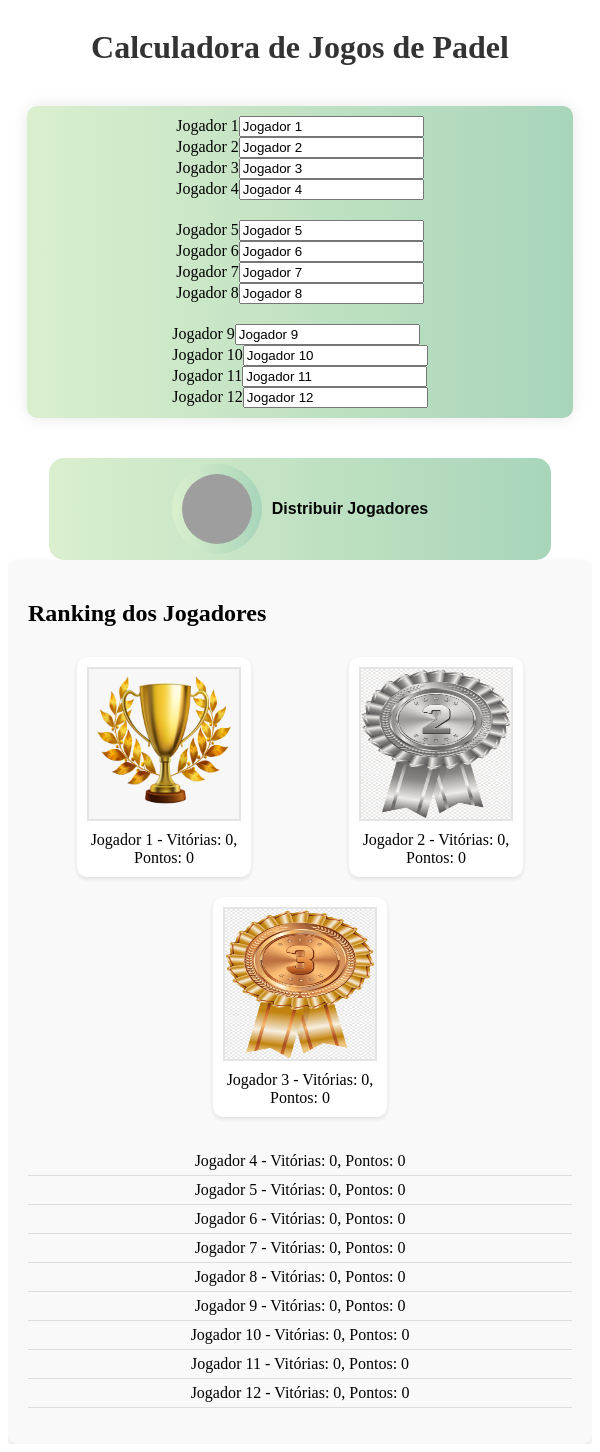
Repository: MarcioMiguel22/PadelMaster
Page: /calculadora
These files come from the project's save history. The page is drawn as it stood at one moment and after the next save; the edit follows.
The browser window is 600 px wide. The pictures show the whole page.
Pictures or frames that could not be fetched are drawn as grey boxes. The project was rebuilt for these pictures with package versions that can differ from the ones it lists, and the page was loaded fresh each time. Also part of the build but not shown: vite.config.ts, src/pages/Home/Home.tsx, src/components/components_calculadora/Campo.tsx, src/components/components_calculadora/Jogo.tsx, src/pages/Player/playerComponent.module.css, src/pages/Player/playerComponent.tsx, src/index.css.

Above is the page before, as saved 2024-06-17 11:14:18.

### src/main.tsx
///home/marciomiguel/code/MarcioMiguel22/Sites/PadelMaster/src/main.tsx
import { render } from 'react-dom';
import { StrictMode } from 'react';
import App from './App';
import './index.css';

const root = document.getElementById('root')!;
render(
  <StrictMode>
    <App />
  </StrictMode>,
  root
);

### src/App.tsx

///home/marciomiguel/code/MarcioMiguel22/Sites/PadelMaster/src/App.tsx

import { BrowserRouter, Routes, Route } from 'react-router-dom';
import Home from './pages/Home/Home';
import Calculadora from './pages/Calculadora/Calculadora';
import PlayerComponent from './pages/Player/playerComponent';
function App() {
  return (
    <BrowserRouter>
      <Routes>
        <Route path="/" element={<Home />} />
        <Route path="/calculadora" element={<Calculadora />} /> // Wrap Calculadora component with curly braces
        <Route path="/player-component" element={<PlayerComponent />} />
      </Routes>
    </BrowserRouter>
  );
}

export default App

### src/pages/Calculadora/Calculadora.tsx
import React, { useState } from 'react';
import './Calculadora.css';
import JogadoresLista from '../../components/components_calculadora/JogadoresLista';
import Jogo from '../../components/components_calculadora/Jogo';
import Ranking from '../../components/components_calculadora/Ranking';
import { Jogador, Time, Campo as CampoType } from '../../utils/types/types'; // Importando os tipos
import { iniciarProximoJogo } from '../../components/components_calculadora/logic/gameLogic'; // Importando a função
import ScrollToTopButton from '../../components/components_calculadora/ScrollToTopButton'; // Importando o novo componente
import DistributeButton from '../../components/components_calculadora/DistributeButton';
const jogadoresIniciais: Jogador[] = Array.from({ length: 12 }, (_, i) => ({
  id: i + 1,
  nome: `Jogador ${i + 1}`,
  vitorias: 0,
  pontos: 0,
}));

const embaralharArray = <T,>(array: T[]): T[] => {
  const copiaArray = [...array];
  for (let i = copiaArray.length - 1; i > 0; i--) {
    const j = Math.floor(Math.random() * (i + 1));
    [copiaArray[i], copiaArray[j]] = [copiaArray[j], copiaArray[i]];
  }
  return copiaArray;
};

const criarTimes = (jogadores: Jogador[]): Time[] => {
  const jogadoresEmbaralhados = embaralharArray(jogadores);
  const times: Time[] = [];
  for (let i = 0; i < jogadoresEmbaralhados.length; i += 2) {
    times.push({ jogadores: jogadoresEmbaralhados.slice(i, i + 2), resultado: 0 });
  }
  return times;
};

const criarCampos = (times: Time[]): CampoType[] => [
  { id: 1, times: times.slice(0, 2) },
  { id: 2, times: times.slice(2, 4) },
  { id: 3, times: times.slice(4, 6) },
];

const CalculadoraApp: React.FC = () => {
  const [jogadores, setJogadores] = useState<Jogador[]>(jogadoresIniciais);
  const [jogos, setJogos] = useState<CampoType[][]>([]);

  const handleNomeChange = (id: number, novoNome: string) => {
    setJogadores(jogadores.map(jogador =>
      jogador.id === id ? { ...jogador, nome: novoNome } : jogador
    ));
  };

  const handleResultadoChange = (jogoIndex: number, campoId: number, timeIndex: number, novoResultado: number) => {
    setJogos(jogos.map((jogo, idx) =>
      idx === jogoIndex
        ? jogo.map(campo =>
            campo.id === campoId
              ? {
                  ...campo,
                  times: campo.times.map((time, index) =>
                    index === timeIndex ? { ...time, resultado: novoResultado } : time
                  ),
                }
              : campo
          )
        : jogo
    ));
  };

  const handleNomeEdit = (jogoIndex: number, campoId: number, timeIndex: number, jogadorIndex: number, novoNome: string) => {
    setJogos(jogos.map((jogo, idx) =>
      idx === jogoIndex
        ? jogo.map(campo =>
            campo.id === campoId
              ? {
                  ...campo,
                  times: campo.times.map((time, tIdx) =>
                    tIdx === timeIndex
                      ? {
                          ...time,
                          jogadores: time.jogadores.map((jogador, jIdx) =>
                            jIdx === jogadorIndex ? { ...jogador, nome: novoNome } : jogador
                          ),
                        }
                      : time
                  ),
                }
              : campo
          )
        : jogo
    ));
  };

  const distribuirJogadores = () => {
    const times = criarTimes(jogadores);
    const novosCampos = criarCampos(times);
    setJogos([novosCampos]);
  };

  const getTeamClass = (campo: CampoType, timeIndex: number): string => {
    if (campo.times.length < 2) return '';
    const resultadoAtual = campo.times[timeIndex].resultado;
    const resultadoOponente = campo.times[1 - timeIndex]?.resultado;
    if (resultadoAtual > resultadoOponente) return 'team vencedor';
    if (resultadoAtual < resultadoOponente) return 'team perdedor';
    return 'team';
  };

  const jogadoresClassificados = [...jogadores].sort((a, b) => {
    if (b.vitorias === a.vitorias) {
      return b.pontos - a.pontos;
    }
    return b.vitorias - a.vitorias;
  });

  return (
    <div className="calculadora-container">
      <h1>Calculadora de Jogos de Padel</h1>
      <div className="main-content">
        <JogadoresLista jogadores={jogadores} handleNomeChange={handleNomeChange} />
        <div className="fields-container">
        <DistributeButton onClick={distribuirJogadores} />
          {jogos.map((jogo, jogoIndex) => (
            <Jogo
              key={jogoIndex}
              jogo={jogo}
              jogoIndex={jogoIndex}
              handleResultadoChange={handleResultadoChange}
              handleNomeEdit={handleNomeEdit}
              getTeamClass={getTeamClass}
            />
          ))}
        </div>
        {jogos.length > 0 && jogos.length < 5 && (
          <button onClick={() => iniciarProximoJogo(jogos, setJogos)} className="distribute-button">Jogo {jogos.length + 1}</button>
        )}
        <ScrollToTopButton />
        <Ranking jogadoresClassificados={jogadoresClassificados} />
      </div>
    </div>
  );
};

export default CalculadoraApp;

### src/pages/Home/Home.module.css
.padelContainer {
  display: flex;
  flex-direction: column;
  align-items: center;
  justify-content: center;
  text-align: center;
  background-color: white;
  padding: 20px;
  border-radius: 10px;
  box-shadow: 0 0 10px rgba(0, 0, 0, 0.1);
  height: 100vh;
}

h1 {
  color: #333;
  margin-bottom: 20px;
}

.content {
  display: flex;
  flex-direction: column;
  align-items: center;
}

.padelImage {
  max-width: 50%;
  width: 1000px; /* Adjust this if necessary */
  height: auto;
  border-radius: 10px;
  margin-bottom: 20px;
  position: relative; /* Add this */
}



.enterButton {
  background-image: url('../../assets/images/tennis-ball.png'); /* Ensure the path is correct */
  background-size: cover;
  width: 60px;
  height: 60px;
  border: none;
  border-radius: 50%;
  cursor: pointer;
}

.enterButton:hover {
  transform: scale(2.0);
}

### src/pages/Calculadora/Calculadora.css
.calculadora-container {
  display: flex;
  flex-direction: column;
  align-items: center;
  gap: 20px;
  overflow-x: hidden; /* Adiciona esta linha para evitar overflow horizontal */
}

.main-content {
  gap: 20px;
  width: 100%; /* Garante que a main-content não ultrapasse a largura da tela */
}

.jogadores-lista {
  background: linear-gradient(to right, #daefcd, #a8d5ba);
  display: flex;
  flex-direction: row;
  justify-content: center;
  flex-wrap: wrap;
  gap: 20px;
  width: 90%;
  max-width: 1100px;
  margin: 0 auto;
  padding: 50px;
  border-radius: 10px;
  box-shadow: 0 0 15px rgba(0, 0, 0, 0.1);
  overflow-x: hidden; /* Adiciona esta linha para evitar overflow horizontal */
}

.fields-container {
  display: flex;
  flex-direction: column;
  align-items: center;
  margin-top: 20px;
  width: 100%; /* Garante que fields-container não ultrapasse a largura da tela */
  overflow-x: hidden; /* Adiciona esta linha para evitar overflow horizontal */
}

/* Media Queries para Mobile */
@media screen and (max-width: 767px) {
  .jogadores-lista {
    flex-direction: column;
    align-items: center;
    gap: 20px;
    padding: 10px;
  }

  .field {
    width: 80%; /* Ajusta a largura para garantir que cabe na tela */
    margin-bottom: 20px;
  }

  .campos {
    flex-direction: column;
    align-items: center;
    gap: 20px;
  }

  .distribute-button, .scroll-to-top {
    width: 100%; /* Ajusta a largura para garantir que cabe na tela */
    font-size: 14px;
    padding: 8px 16px;
  }

  .team div {
    flex-direction: column;
    align-items: flex-start;
  }

  .team input.resultado-input {
    margin-left: 0;
    margin-top: 5px;
  }

  .ranking-container {
    flex-flow: column;
    margin-top: 40px;
  }

  .ranking-container h2 {
    margin-bottom: 10px;
  }

  .ranking-container ul {
    list-style-type: none;
    padding: 0;
  }

  .ranking-container li {
    margin: 5px 0;
  }
}

### src/components/components_calculadora/JogadoresLista.tsx
import React from 'react';
import JogadorItem from './JogadorItem';
import { Jogador } from '../../utils/types/types'; // Importando o tipo Jogador

interface JogadoresListaProps {
  jogadores: Jogador[];
  handleNomeChange: (id: number, novoNome: string) => void;
}

const JogadoresLista: React.FC<JogadoresListaProps> = ({ jogadores, handleNomeChange }) => (
  <div className="jogadores-lista">
    {Array.from({ length: 3 }, (_, i) => (
      <div className="jogadores-coluna" key={i}>
        {jogadores.slice(i * 4, (i + 1) * 4).map(jogador => (
          <JogadorItem
            key={jogador.id}
            jogador={jogador}
            handleNomeChange={handleNomeChange}
          />
        ))}
      </div>
    ))}
  </div>
);

export default JogadoresLista;

### src/components/components_calculadora/Ranking.tsx
import React from 'react';
import ouro from '../../assets/images/ouro.png';
import prata from '../../assets/images/prata.png';
import bronze from '../../assets/images/bronze.png';
import styles from './Ranking.module.css';

interface Jogador {
  id: number;
  nome: string;
  vitorias: number;
  pontos: number;
}

interface RankingProps {
  jogadoresClassificados: Jogador[];
}

const Ranking: React.FC<RankingProps> = ({ jogadoresClassificados }) => {
  const top3 = jogadoresClassificados.slice(0, 3);
  const outrosJogadores = jogadoresClassificados.slice(3);

  const medalhas = [ouro, prata, bronze];

  return (
    <div className={styles.rankingContainer}>
      <h2>Ranking dos Jogadores</h2>
      <div className={styles.top3Container}>
        {top3.map((jogador, index) => (
          <div key={jogador.id} className={styles.top3Item}>
            <img src={medalhas[index]} alt={`Medalha de ${index + 1}`} className={styles.medalha} />
            {jogador.nome} - Vitórias: {jogador.vitorias}, Pontos: {jogador.pontos}
          </div>
        ))}
      </div>
      <ul className={styles.outrosJogadores}>
        {outrosJogadores.map((jogador) => (
          <li key={jogador.id}>
            {jogador.nome} - Vitórias: {jogador.vitorias}, Pontos: {jogador.pontos}
          </li>
        ))}
      </ul>
    </div>
  );
};

export default Ranking;

### src/components/components_calculadora/logic/gameLogic.ts
import { Jogador, Campo as CampoType } from '../../../utils/types/types';

export const separarDuplas = (jogadores: Jogador[]): Jogador[] => {
  const separados: Jogador[] = [];
  while (jogadores.length) {
    const [jogador1, jogador2] = jogadores.splice(0, 2);
    separados.push(jogador1);
    if (jogador2) separados.push(jogador2);
  }
  return separados;
};

export const iniciarProximoJogo = (jogos: CampoType[][], setJogos: React.Dispatch<React.SetStateAction<CampoType[][]>>) => {
  const ultimoJogo = jogos[jogos.length - 1];
  const novosCampos: CampoType[] = [
    { id: 1, times: [] },
    { id: 2, times: [] },
    { id: 3, times: [] },
  ];

  const campo1 = ultimoJogo.find(campo => campo.id === 1);
  const campo2 = ultimoJogo.find(campo => campo.id === 2);
  const campo3 = ultimoJogo.find(campo => campo.id === 3);

  if (campo1 && campo2 && campo3) {
    const [time1Campo1, time2Campo1] = campo1.times;
    const [time1Campo2, time2Campo2] = campo2.times;
    const [time1Campo3, time2Campo3] = campo3.times;

    // Vencedores e perdedores dos campos
    const vencedoresCampo1 = time1Campo1.resultado > time2Campo1.resultado ? time1Campo1.jogadores : time2Campo1.jogadores;
    const perdedoresCampo1 = time1Campo1.resultado > time2Campo1.resultado ? time2Campo1.jogadores : time1Campo1.jogadores;

    const vencedoresCampo2 = time1Campo2.resultado > time2Campo2.resultado ? time1Campo2.jogadores : time2Campo2.jogadores;
    const perdedoresCampo2 = time1Campo2.resultado > time2Campo2.resultado ? time2Campo2.jogadores : time1Campo2.jogadores;

    const vencedoresCampo3 = time1Campo3.resultado > time2Campo3.resultado ? time1Campo3.jogadores : time2Campo3.jogadores;
    const perdedoresCampo3 = time1Campo3.resultado > time2Campo3.resultado ? time2Campo3.jogadores : time1Campo3.jogadores;

    // Atualizar pontuação dos jogadores
    const margemVitoriaCampo1 = Math.abs(time1Campo1.resultado - time2Campo1.resultado);
    const margemVitoriaCampo2 = Math.abs(time1Campo2.resultado - time2Campo2.resultado);
    const margemVitoriaCampo3 = Math.abs(time1Campo3.resultado - time2Campo3.resultado);

    vencedoresCampo1.forEach(jogador => {
      jogador.vitorias += 1;
      jogador.pontos += margemVitoriaCampo1;
    });

    vencedoresCampo2.forEach(jogador => {
      jogador.vitorias += 1;
      jogador.pontos += margemVitoriaCampo2;
    });

    vencedoresCampo3.forEach(jogador => {
      jogador.vitorias += 1;
      jogador.pontos += margemVitoriaCampo3;
    });

    // Campo 1: vencedores do campo 1 e vencedores do campo 2
    novosCampos[0].times.push(
      { jogadores: [vencedoresCampo1[0], vencedoresCampo2[0]], resultado: 0 },
      { jogadores: [vencedoresCampo1[1], vencedoresCampo2[1]], resultado: 0 }
    );

    // Campo 2: perdedores do campo 1 e vencedores do campo 3
    novosCampos[1].times.push(
      { jogadores: [perdedoresCampo1[0], vencedoresCampo3[0]], resultado: 0 },
      { jogadores: [perdedoresCampo1[1], vencedoresCampo3[1]], resultado: 0 }
    );

    // Campo 3: perdedores do campo 2 e perdedores do campo 3
    novosCampos[2].times.push(
      { jogadores: [perdedoresCampo2[0], perdedoresCampo3[0]], resultado: 0 },
      { jogadores: [perdedoresCampo2[1], perdedoresCampo3[1]], resultado: 0 }
    );
  }

  setJogos([...jogos, novosCampos]);
};

### src/components/components_calculadora/ScrollToTopButton.tsx
import React from 'react';
import tennisBall from '../../assets/images/tennis-ball.png';
import styles from './ScrollToTopButton.module.css'; // Importando o arquivo CSS Module

const ScrollToTopButton: React.FC = () => {
  const scrollToTop = () => {
    window.scrollTo({ top: 0, behavior: 'smooth' });
  };

  return (
    <button onClick={scrollToTop} className={styles.scrollToTop}>
      <img src={tennisBall} alt="Tennis Ball" className={styles.tennisBall} />
      <span className={styles.arrowUp}>↑</span>
    </button>
  );
};

export default ScrollToTopButton;

### src/components/components_calculadora/DistributeButton.tsx
import React from 'react';
import tennisBall from '../../assets/images/tennis-ball.png';
import styles from './DistributeButton.module.css'; // Importando o arquivo CSS Module

const DistributeButton: React.FC<{ onClick: () => void }> = ({ onClick }) => {
  return (
    <div className={styles.container}>
      <button onClick={onClick} className={styles.distributeButton}>
        <img src={tennisBall} alt="Tennis Ball" className={styles.tennisBall} />
        <span className={styles.label}>Distribuir Jogadores</span>
      </button>
    </div>
  );
};

export default DistributeButton;

### src/components/components_calculadora/JogadorItem.tsx
import React from 'react';
import { Jogador } from '../../utils/types/types'; // Importando o tipo Jogador

interface JogadorItemProps {
  jogador: Jogador;
  handleNomeChange: (id: number, novoNome: string) => void;
}

const JogadorItem: React.FC<JogadorItemProps> = ({ jogador, handleNomeChange }) => (
  <div className="jogador-item">
    <label>{`Jogador ${jogador.id}`}</label>
    <input
      type="text"
      value={jogador.nome}
      onChange={(e) => handleNomeChange(jogador.id, e.target.value)}
    />
  </div>
);

export default JogadorItem;

### src/components/components_calculadora/Ranking.module.css
.rankingContainer {
  padding: 20px;
  background-color: #f9f9f9;
  border-radius: 10px;
  box-shadow: 0 4px 8px rgba(0, 0, 0, 0.1);
}

.top3Container {
  display: flex;
  justify-content: space-around;
  margin-bottom: 20px;
  flex-wrap: wrap; /* Ensure items wrap in smaller screens */
}

.top3Item {
  display: flex;
  flex-direction: column;
  align-items: center;
  padding: 10px;
  background-color: #ffffff;
  border-radius: 10px;
  box-shadow: 0 2px 4px rgba(0, 0, 0, 0.1);
  text-align: center;
  margin: 10px; /* Added margin to ensure spacing between items */
  flex-basis: calc(33.33% - 20px); /* Ensure items take equal width, minus margins */
  box-sizing: border-box; /* Ensure padding is included in the element's width */
}

.medalha {
  width: 150px;
  height: 150px;
  margin-bottom: 10px;
  transition: transform 0.3s ease-in-out;
  object-fit: initial;
  background-color: transparent; /* Certifique-se de que o fundo é transparente */
  border: 2px solid rgba(0, 0, 0, 0.1); /* Adicione uma borda leve para verificar a transparência */
}


.medalha:hover {
  transform: scale(8);
  animation: pulse 1s infinite;
}

@keyframes pulse {
  0% {
    transform: scale(1.2);
  }
  50% {
    transform: scale(1.25);
  }
  100% {
    transform: scale(1.2);
  }
}

.outrosJogadores {
  list-style-type: none;
  padding: 0;
}

.outrosJogadores li {
  padding: 5px 0;
  border-bottom: 1px solid #ddd;
  text-align: center;
}

/* Media Queries for Smaller Screens */
@media screen and (max-width: 767px) {
  .top3Item {
    flex-basis: 25%; /* Two items per row on smaller screens */
  }
}

@media screen and (max-width: 479px) {
  .top3Item {
    flex-basis: 25%; /* One item per row on the smallest screens */
  }
}

### src/components/components_calculadora/ScrollToTopButton.module.css
.scrollToTop {
  position: fixed;
  bottom: 20px;
  left: 97%;
  transform: translateX(-50%);
  width: 70px;
  height: 70px;
  border: none;
  background: none;
  cursor: pointer;
  display: flex;
  align-items: center;
  justify-content: center;
}

.tennisBall {
  width: 100%;
  height: 100%;
  position: absolute;
  border-radius: 50%; /* Para garantir que o fundo se ajuste à forma da bola */
}

.arrowUp {
  position: absolute;
  font-size: 35px;
  color: rgb(5, 5, 5);
  font-weight: bold;
  z-index: 1;
}
@media (max-width: 768px) {
  .scrollToTop {
    display: none;
  }
}

### src/components/components_calculadora/DistributeButton.module.css
.container {
  width: 500px;
  height: 100px;
  background: linear-gradient(to right, #daefcd, #a8d5ba);
  padding: 1px;
  border-radius: 15px;
  display: flex;
  justify-content: center;
  align-items: center;
  margin-top: 20px;
}

.distributeButton {
  position: relative; /* Ajuste a posição conforme necessário */
  width: auto;
  height: 70px;
  border: none;
  background: none;
  cursor: pointer;
  display: flex;
  align-items: center;
  justify-content: center;
  flex-direction: row; /* Altera para linha */
}

.tennisBall {
  width: 70px;
  height: 70px;
  background: linear-gradient(to right, #daefcd, #a8d5ba); /* Adiciona fundo à imagem */
  border-radius: 50%; /* Para garantir que o fundo se ajuste à forma da bola */
  padding: 10px; /* Ajuste o padding conforme necessário */
}

.label {
  font-size: 16px;
  color: rgb(5, 5, 5);
  font-weight: bold;
  margin-left: 10px; /* Espaço entre a bola e o texto */
}

Loaded but not shown: index.html (common file)

After the next save:
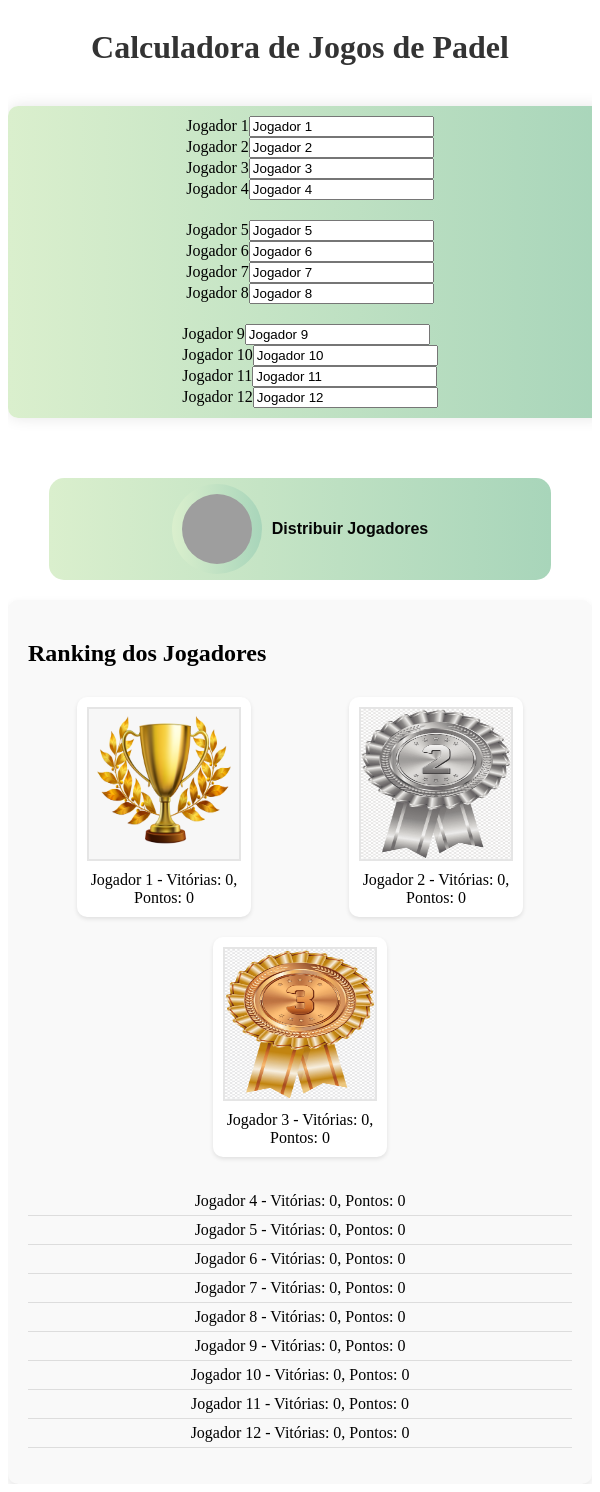
Saved 118 s later.
--- a/src/pages/Calculadora/Calculadora.css
+++ b/src/pages/Calculadora/Calculadora.css
@@ -3,12 +3,18 @@
   flex-direction: column;
   align-items: center;
   gap: 20px;
-  overflow-x: hidden; /* Adiciona esta linha para evitar overflow horizontal */
+  overflow-x: hidden; /* Adicionado para evitar overflow horizontal */
+  width: 100%; /* Garante que a calculadora-container não ultrapasse a largura da tela */
+  max-width: 100vw; /* Impede que o container ultrapasse a largura da viewport */
 }
 
 .main-content {
+  display: flex;
+  flex-direction: column;
+  align-items: center;
   gap: 20px;
   width: 100%; /* Garante que a main-content não ultrapasse a largura da tela */
+  max-width: 100vw; /* Impede que o conteúdo principal ultrapasse a largura da viewport */
 }
 
 .jogadores-lista {
@@ -24,7 +30,7 @@
   padding: 50px;
   border-radius: 10px;
   box-shadow: 0 0 15px rgba(0, 0, 0, 0.1);
-  overflow-x: hidden; /* Adiciona esta linha para evitar overflow horizontal */
+  overflow-x: hidden; /* Adicionado para evitar overflow horizontal */
 }
 
 .fields-container {
@@ -33,7 +39,37 @@
   align-items: center;
   margin-top: 20px;
   width: 100%; /* Garante que fields-container não ultrapasse a largura da tela */
-  overflow-x: hidden; /* Adiciona esta linha para evitar overflow horizontal */
+  overflow-x: hidden; /* Adicionado para evitar overflow horizontal */
+  max-width: 100vw; /* Impede que o container ultrapasse a largura da viewport */
+}
+
+.campos {
+  display: flex;
+  justify-content: space-around;
+  width: 100%;
+  flex-wrap: wrap; /* Adicionado para garantir que os campos se ajustem à largura da tela */
+  overflow-x: hidden; /* Adicionado para evitar overflow horizontal */
+}
+
+.field {
+  background: linear-gradient(to right, #c3e8ad, #a8d5ba);
+  padding: 40px;
+  border-radius: 10px;
+  box-shadow: 0 0 10px rgba(0, 0, 0, 0.1);
+  width: 30%;
+  min-width: 280px; /* Adiciona largura mínima para garantir a responsividade */
+  overflow-x: hidden; /* Adicionado para evitar overflow horizontal */
+}
+
+.team {
+  list-style-type: none;
+  padding: 5px;
+  background-color: #fff;
+  margin: 5px 0;
+  border-radius: 5px;
+  box-shadow: 0 0 5px rgba(0, 0, 0, 0.1);
+  width: fit-content; /* Garante que a largura se ajuste ao conteúdo */
+  max-width: 100%; /* Impede que o container ultrapasse a largura disponível */
 }
 
 /* Media Queries para Mobile */
@@ -43,11 +79,13 @@
     align-items: center;
     gap: 20px;
     padding: 10px;
+    width: 100%;
   }
 
   .field {
-    width: 80%; /* Ajusta a largura para garantir que cabe na tela */
+    width: 80%;
     margin-bottom: 20px;
+    padding: 20px; /* Reduz o padding para melhor ajuste em telas menores */
   }
 
   .campos {
@@ -57,7 +95,7 @@
   }
 
   .distribute-button, .scroll-to-top {
-    width: 100%; /* Ajusta a largura para garantir que cabe na tela */
+    width: 100%;
     font-size: 14px;
     padding: 8px 16px;
   }
